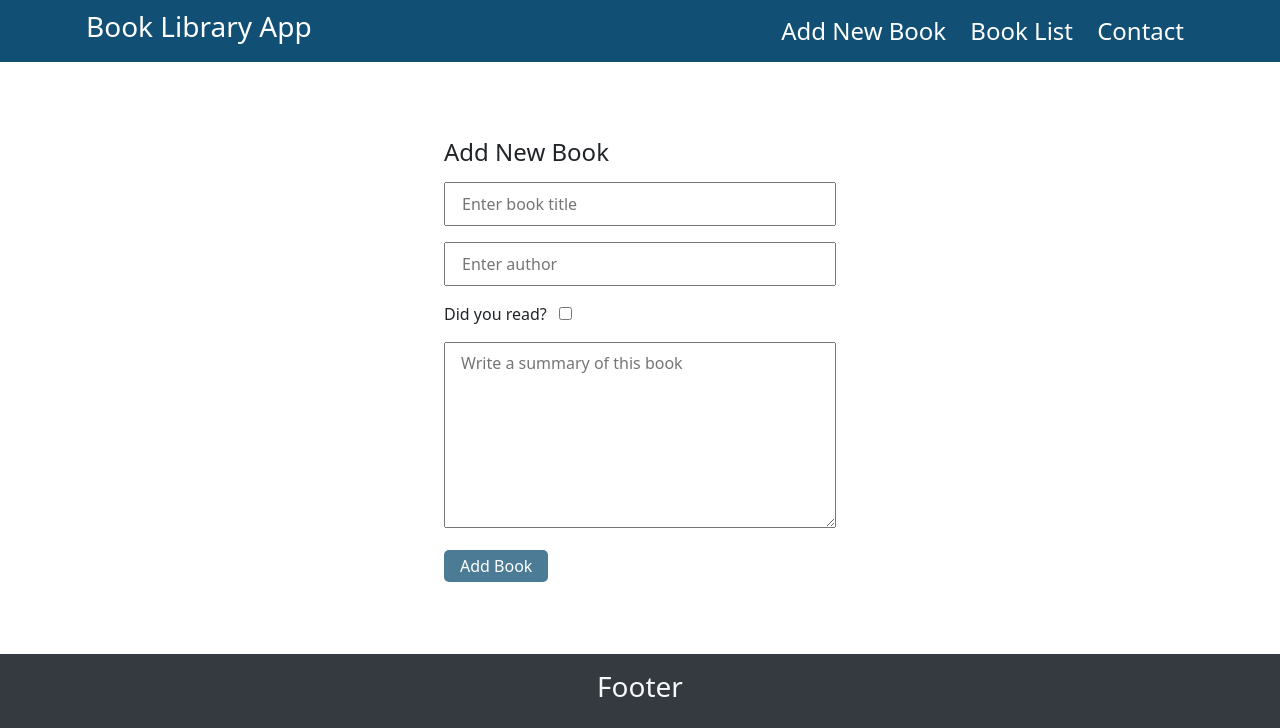
Repository: just-mann/booklibrary-app
Page: http://localhost/
An editor plug-in stored every save of this project. The page is shown before and after the next save, followed by the edit.
The browser window is 1280 px wide. The pictures show the whole page.
The pointer rests on the first visible `.submitBtn`.
The page is served by the project's Node server (app.js).

Above is the page before, as saved 2021-06-06 04:56:00.

### views/index.ejs
<!DOCTYPE html>
<html lang="en">
<%- include('./partials/Header') %>
<body>
    <%- include('./partials/Navbar') %>
      <div class="container py-2 home">
        <div class=" p-5 p-xs-1 p-sm-1 p-md-1 py-2 px-0 mt-5 homeDiv">
          <form action="/books" method="POST" class="px-0 py-3">
            <h4>Add New Book</h4>
              <div class="my-3">
                <input class="px-3 py-2 title w-100" type="text" name="title" id="title" placeholder="Enter book title" required>
              </div>
              <div class="my-3">
                <input class="px-3 py-2 author w-100" type="text" name="author" id="author" placeholder="Enter author" required>
              </div>
              <div class="my-3">
                <label for="isRead" class="mr-2">Did you read?</label>
                <input class="px-3 py-2 isRead" type="checkbox" name="isRead" id="isRead">
              </div>
              <div class="my-3">
                <textarea class="px-3 py-2 isRead w-100" name="summary" id="summary" cols="30" rows="7" placeholder="Write a summary of this book" required></textarea>
              </div>
              <div class="my-3">
                <input class="px-3 py-1 submitBtn" type="submit" value="Add Book">
              </div>
          </form>
        </div>
      </div>
    <%- include('./partials/Footer') %>
</body>
</html>

### views/partials/Header.ejs
<head>
    <meta charset="UTF-8">
    <meta name="viewport" content="width=device-width, initial-scale=1.0">
    <title><%= title %></title>
    <link rel="stylesheet" href="https://stackpath.bootstrapcdn.com/bootstrap/5.0.0-alpha1/css/bootstrap.min.css" integrity="sha384-r4NyP46KrjDleawBgD5tp8Y7UzmLA05oM1iAEQ17CSuDqnUK2+k9luXQOfXJCJ4I" crossorigin="anonymous">
    <script src="https://cdn.jsdelivr.net/npm/popper.js@1.16.0/dist/umd/popper.min.js" integrity="sha384-Q6E9RHvbIyZFJoft+2mJbHaEWldlvI9IOYy5n3zV9zzTtmI3UksdQRVvoxMfooAo" crossorigin="anonymous"></script>
    <link rel="stylesheet" href="https://unpkg.com/aos@next/dist/aos.css" />
    <link rel="stylesheet" href="https://unpkg.com/aos@next/dist/aos.css" />
    <script src="https://stackpath.bootstrapcdn.com/bootstrap/5.0.0-alpha1/js/bootstrap.min.js" integrity="sha384-oesi62hOLfzrys4LxRF63OJCXdXDipiYWBnvTl9Y9/TRlw5xlKIEHpNyvvDShgf/" crossorigin="anonymous"></script>
    <link rel="stylesheet" href="/style.css">
  </head>

### views/partials/Navbar.ejs
<nav class="container-fluid sticky-top">
    <div class="container">
        <a href="/" class="logo"><h3>Book Library App</h3></a>
        <div class="nav__links">
            <a href="/">Add New Book</a>
            <a href="/booklist">Book List</a>
            <a href="/contact">Contact</a>
        </div>
    </div>
</nav>

### views/partials/Footer.ejs
<footer class="bg-dark py-3 text-light text-center">
    <script src="https://ajax.googleapis.com/ajax/libs/jquery/3.5.1/jquery.min.js"></script>
    <script src="/script.js"></script>
    <div class="container">
        <h3>Footer</h3>
    </div>
</footer>
<script src="https://unpkg.com/aos@next/dist/aos.js"></script>
<script>
  AOS.init();
</script>

### app.js
const express = require('express'); //import express package
const app = express(); //initialize the express app
const bodyParser = require('body-parser') //import body-parser to handle data from the form
const MongoClient = require('mongodb').MongoClient; //import the mongodbClient
const { ObjectId } = require('bson');
const dbName = 'myBookList';
const dbCollectionName = 'bookCollection';

const PORT = process.env.PORT || 5000;


// Configure the body-parser
app.use(bodyParser.urlencoded({ extended: true }));


// Make static files accessible
app.use(express.static('public'));


// Set View Engine
app.set('view engine', 'ejs');



// Connect to Database
const dbURI = 'mongodb+srv://bookUser:cUk4rECaXyAWsNz8@crud-tutorial.xd65d.mongodb.net/myBookList?retryWrites=true&w=majority';
MongoClient.connect(dbURI, { useUnifiedTopology: true })
    .then(client => {

        app.listen(PORT, () => {
            console.log(`App is now running on PORT ${PORT} and Database: ${dbName} is connected`)
        });

        const db = client.db(`${dbName}`);

        const myCollection = db.collection(`${dbCollectionName}`);

        app.post('/books', (req, res) => {
            myCollection.insertOne(req.body)
                .then(result => {
                    console.log('Item added to database...');
                })
                .catch(err => console.log(err));
            res.redirect('bookList');
        })

        app.get('/booklist', (req, res) => {
            myCollection.find().sort({_id: -1}).toArray()
                .then(result => {
                    res.render('bookList', { myList: result, title: "Book List" });
                })
                .catch(err => console.log(err));
        })


        app.get('/booklist/:id', (req, res) => {
            const id = req.params.id;
            myCollection.findOne({ _id: ObjectId(`${id}`)})
                .then(result => {
                    res.render('details', { singleBook: result, title: `Book Detail  -  ${result.title}` })
                })
                .catch(err => console.log(err));
        })


        app.delete('/booklist/:id', (req, res) => {
            const id = req.params.id;
            myCollection.deleteOne({_id: ObjectId(`${id}`)})
                .then(result => {
                    res.json({ redirect: '/booklist'})
                })
                .catch(err => console.log(err));
        })


        app.get('/', (req, res) => {
            res.render('index', { title: "Add New Book" });
        })


        app.get('/contact', (req, res) => {
            res.render('contact', { title: "Contact Me" });
        })

        app.use((req, res) => {
            res.status(404).render('404', { title: '404, Page Not Found'});
        })

    })
    .catch(err => console.log(err));

### public/style.css
* {
    padding: 0;
    margin: 0;
    box-sizing: border-box;
}
body {
    min-height: 100vh;
}

a {
    text-decoration: none;
}

nav {
    background-color: #114f74;
    padding: 10px 0px;
}

nav .container {
    display: flex;
    justify-content: space-between;
    align-items: center;
}

nav .container .logo h3 {
    color: #ffffff;
    font-weight: 350;
}

nav .container .nav__links {
    color: #ffffff;
}

nav .container .nav__links a {
    color: #ffffff;
    font-size: 1.5rem;
    padding: 10px 0px;
    margin: 0px 10px;
    font-weight: 300;
}

.nav__links a:hover {
    color: red;
}

.listDiv {
    display: flex;
    grid-template-columns: repeat(3, 1fr);
}

.list {
    max-width: 350px;
    min-height: 150px;
    margin: 0px 15px;
    background-color: #e2e2e2;
    border-left: 15px solid #41a1b9;
    opacity: 0.9;
    transition: opacity 0.6s;
}

.list:hover {
    opacity: 1;
}


/* Home Page */
.home {
    height: 82.3vh;
}

.home .homeDiv, .contact .contactDiv {
    /* background: yellow; */
    max-width: 400px;
    margin: 0 auto;
}



/* Book List Page */
.bookList {
    min-height: 81.3vh;
}






/* details page */
.details {
    height: 81.5vh;
}



.bookSummary {
    max-width: 500px;
    background: yellow;
}



/* Contact Page */
.contact {
    height: 82.5vh;
}

.submitBtn {
    background-color: #114f74;
    color: white;
    border: none;
    border-radius: 5px;
    opacity: 1;
}

.submitBtn:hover {
    opacity: 0.75;
}

Loaded but not shown: public/script.js (no stored copy; drawn as an empty file)

After the next save:
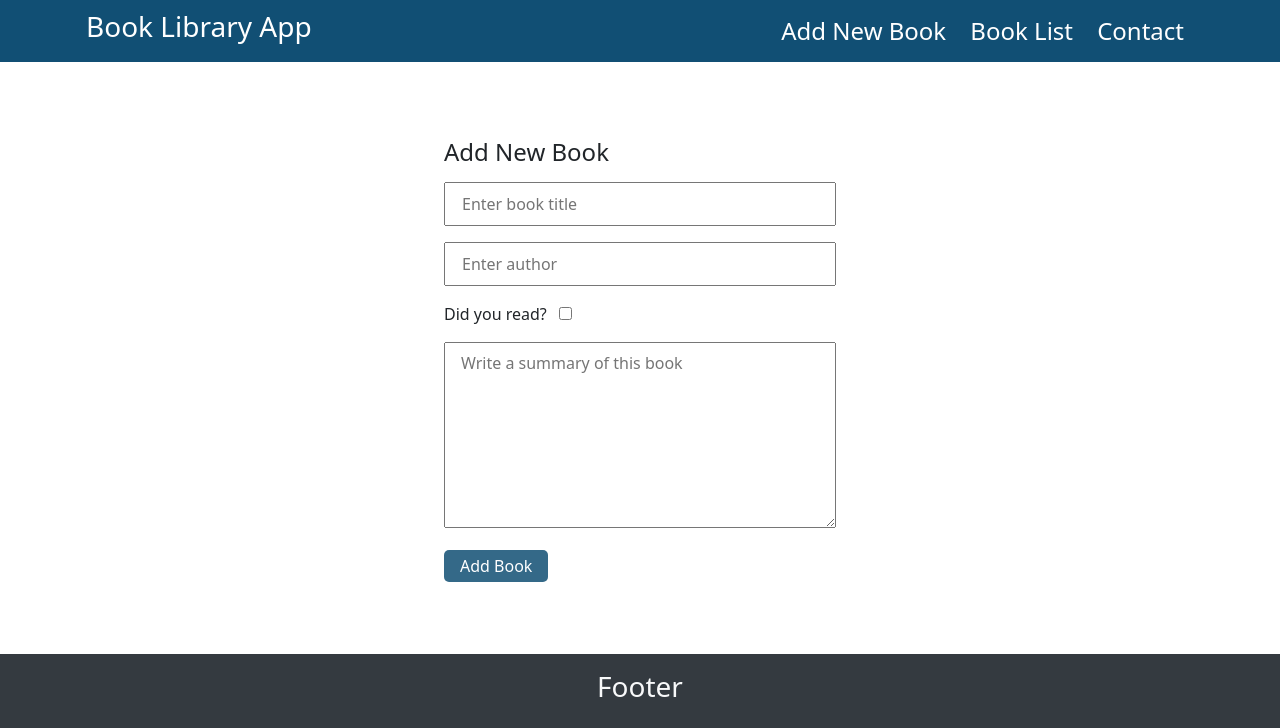
Saved 8 s later.
--- a/public/style.css
+++ b/public/style.css
@@ -114,5 +114,5 @@ nav .container .nav__links a {
 }
 
 .submitBtn:hover {
-    opacity: 0.75;
+    opacity: 0.85;
 }
